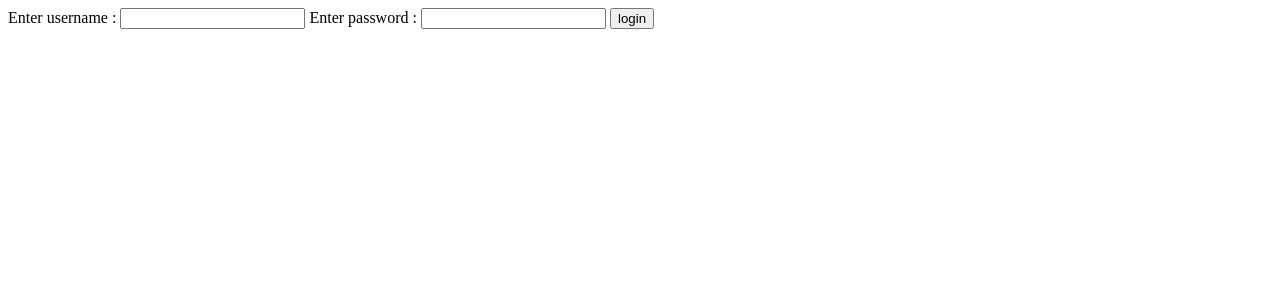
Repository: Shubham011190/Spring_Practice
Page: http://localhost/LoginExample/login.jsp
These files come from the project's save history. The page is drawn as it stood at one moment and after a run of saves; the edit follows.
The browser window is 1280 px wide. The pictures show the whole page.
The page is served by Tomcat 9.

Above is the page before, as saved 2021-10-15 12:44:56.

After the next 2 saves:
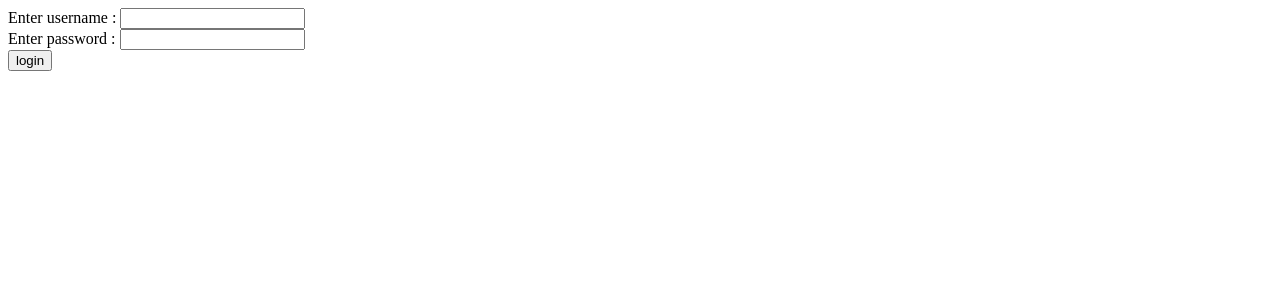
The 2 saves are shown as one change because they came seconds apart.
The last was saved 11 s later.
--- a/JSP_Servelets/LoginExample/src/main/webapp/login.jsp
+++ b/JSP_Servelets/LoginExample/src/main/webapp/login.jsp
@@ -8,8 +8,8 @@
 </head>
 <body>
 	<form action="Login">
-		Enter username : <input type='text' name='uname'>
-		Enter password : <input type='text' name='pass'>
+		Enter username : <input type='text' name='uname'><br>
+		Enter password : <input type='text' name='pass'><br>
 		<input type='Submit' value='login'>
 	</form>
 </body>
